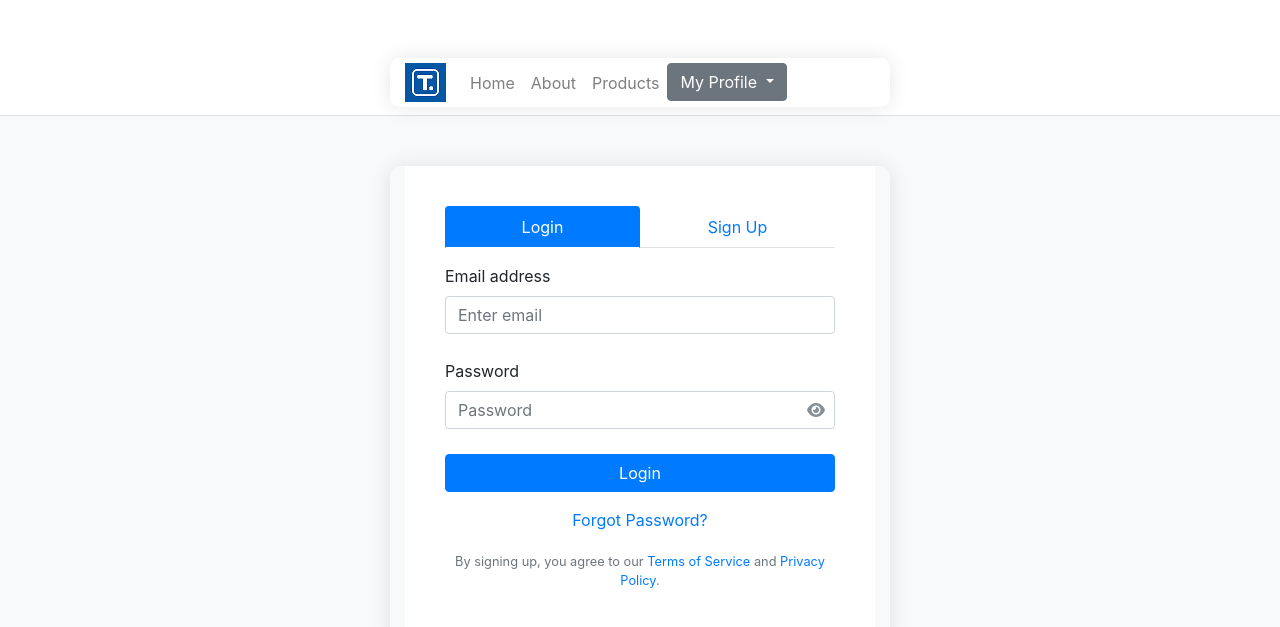
Repository: Darkrepo23/Ecommerce-Manalastas-project
Page: login.html
These files come from the project's save history. The page is drawn as it stood at one moment and after the next save; the edit follows.
The browser window is 1280 px wide. The pictures show the whole page.
Some web libraries are served in a nearby version.

Above is the page before, as saved 2026-01-06 06:50:30.

After the next save:
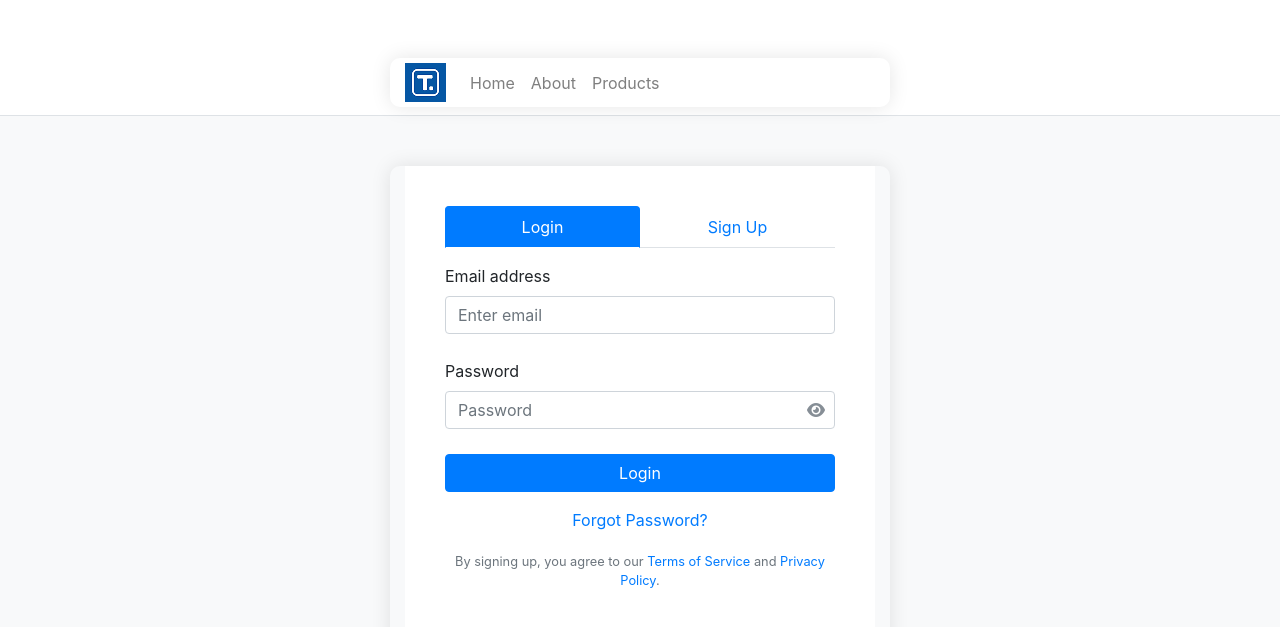
Saved 14 s later.
--- a/login.html
+++ b/login.html
@@ -132,19 +132,6 @@
                     <li class="nav-item"><a class="nav-link" href="index.html">Home</a></li>
                     <li class="nav-item"><a class="nav-link" href="#">About</a></li>
                     <li class="nav-item"><a class="nav-link" href="index.html#products">Products</a></li>
-                    <div class="dropdown ms-lg-3">
-                        <button class="btn btn-secondary dropdown-toggle" type="button" id="profileDropdown"
-                            data-toggle="dropdown" aria-haspopup="true" aria-expanded="false">
-                            My Profile
-                        </button>
-                        <div class="dropdown-menu" aria-labelledby="profileDropdown">
-                            <a class="dropdown-item" href="#">View Profile</a>
-                            <a class="dropdown-item" href="#">Edit Profile</a>
-                            <a class="dropdown-item" href="#">Settings</a>
-                            <div class="dropdown-divider"></div>
-                            <a class="dropdown-item" href="#">Logout</a>
-                        </div>
-                    </div>
                 </ul>
             </div>
         </div>
